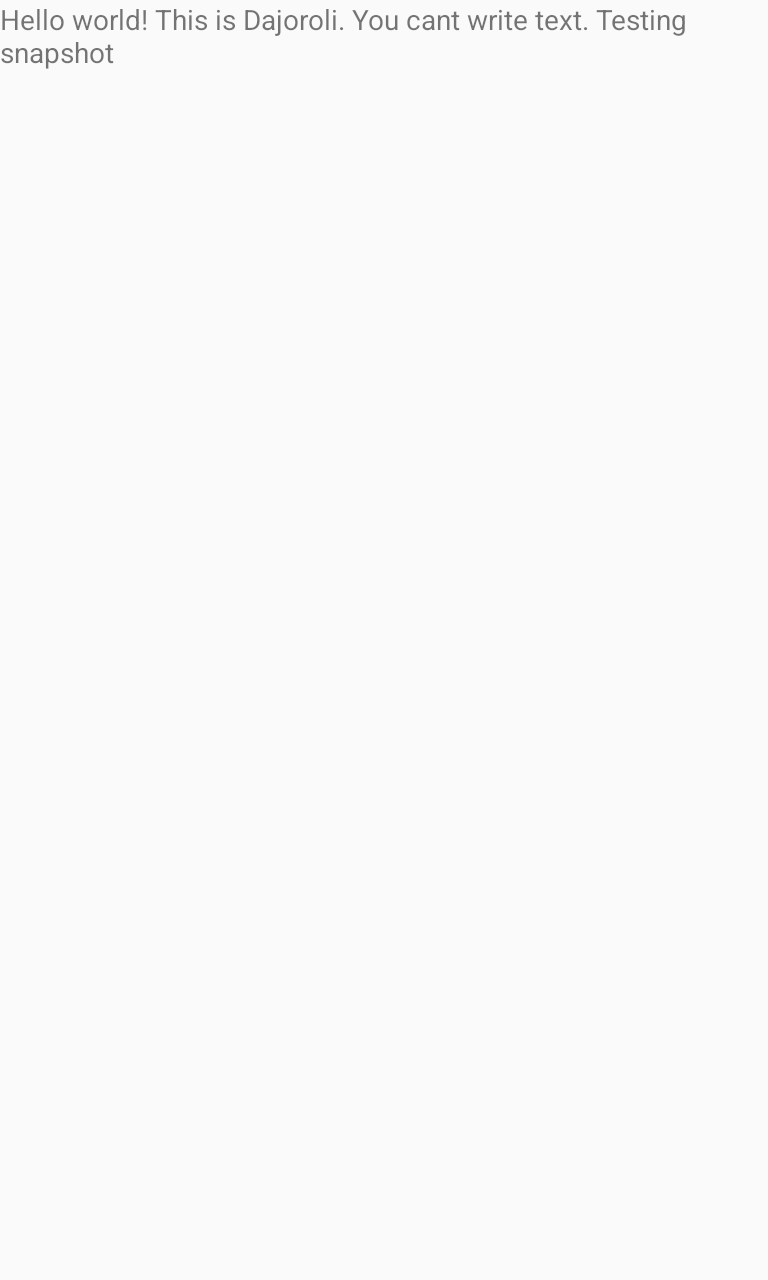
Repository: wisingd/Dajoroli
Layout: Workspace/MyFirstApp/res/layout/fragment_main.xml
These files come from the project's save history. The layout is drawn as it stood at one moment and after the next save; the edit follows.
It is drawn on a 768 x 1280 px phone screen (xhdpi) without system bars, with theme AppTheme; the app's code is not run.

Above is the layout before, as saved 2014-04-20 10:31:31.

### Workspace/MyFirstApp/res/layout/fragment_main.xml
<LinearLayout xmlns:android="http://schemas.android.com/apk/res/android"
    xmlns:tools="http://schemas.android.com/tools"
    android:layout_width="match_parent"
    android:layout_height="match_parent"
    android:orientation="horizontal" >

    <TextView
        android:layout_width="wrap_content"
        android:layout_height="wrap_content"
        android:text="@string/hello_world" />



</LinearLayout>

### Workspace/MyFirstApp/res/values/strings.xml
<?xml version="1.0" encoding="utf-8"?>
<resources>

    <string name="app_name">MyFirstApp</string>
    <string name="hello_world">Hello world! This is Dajoroli. You cant write text. Testing snapshot</string>
    <string name="action_settings">Settings</string>
    <string name="edit_message">Write Something</string>

</resources>

Loaded but not shown: Workspace/MyFirstApp/res/values/styles.xml (common file); Workspace/MyFirstApp/res/values-v11/styles.xml (common file); Workspace/MyFirstApp/res/values-v14/styles.xml (common file)

After the next save:
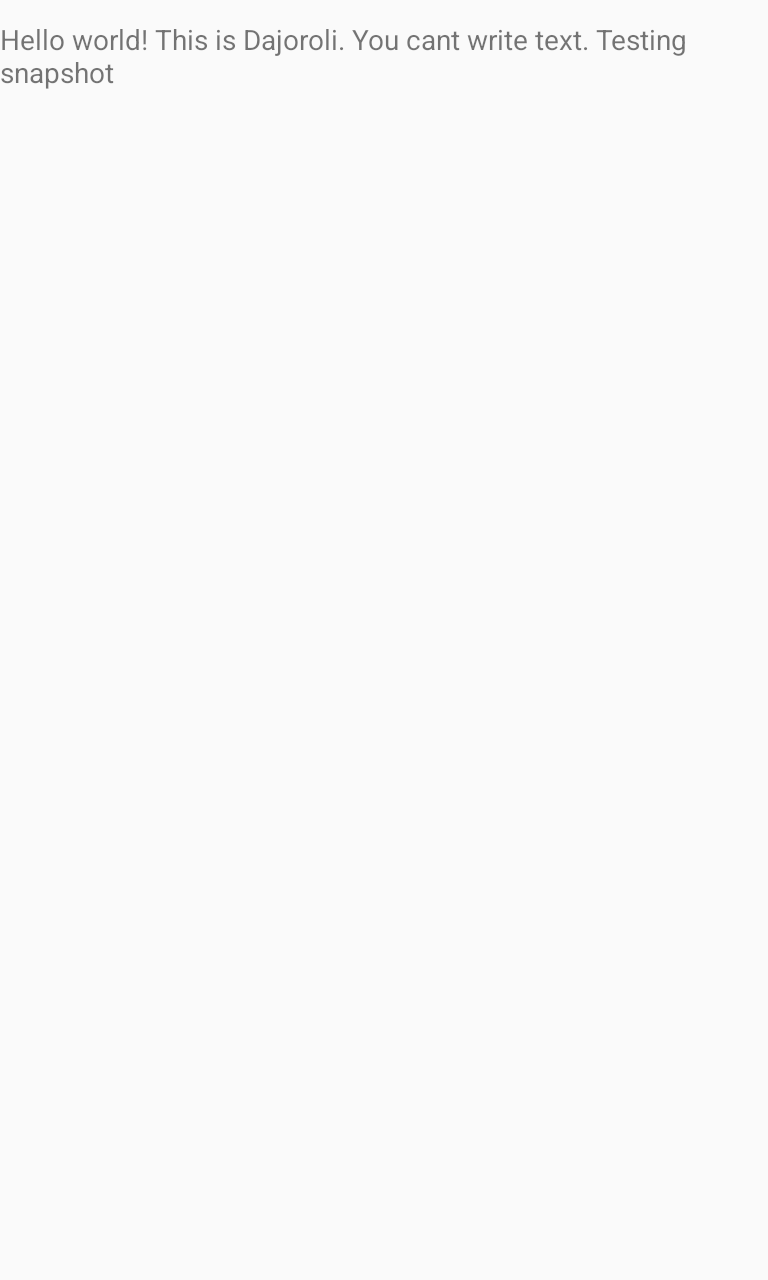
Saved 65 s later.
--- a/Workspace/MyFirstApp/res/layout/fragment_main.xml
+++ b/Workspace/MyFirstApp/res/layout/fragment_main.xml
@@ -9,6 +9,9 @@
         android:layout_height="wrap_content"
         android:text="@string/hello_world" />
 
-
+    <Button android:id="@+id/button"
+            android:layout_width="wrap_content"
+            android:layout_height="wrap_content"
+            android:text="Hello, I am a Button" />
 
 </LinearLayout>
